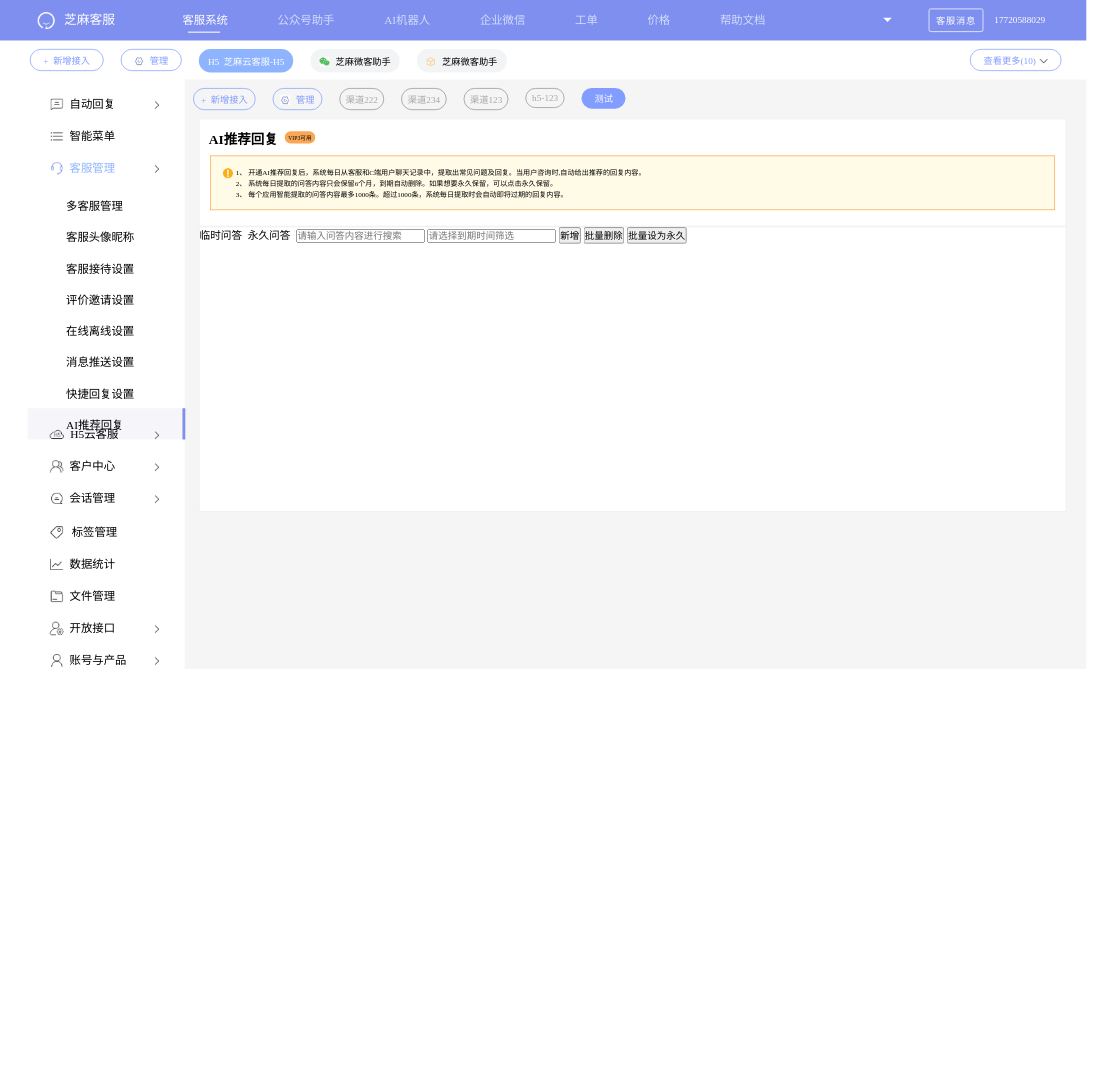
Repository: Privatexiao/projects
Page: Customer service assistant/Untitled-1.html
The author's editor kept a copy of each file at every save. The page is drawn from the files as they stood at one save, then again after the next save.
The browser window is 1280 px wide. The page is 1560 px wide, so the pictures cover 1560 px, including what lies to the right of the window. The pictures show the whole page, at 71% of full size.

Above is the page before, as saved 2021-07-27 16:42:32.

After the next save:
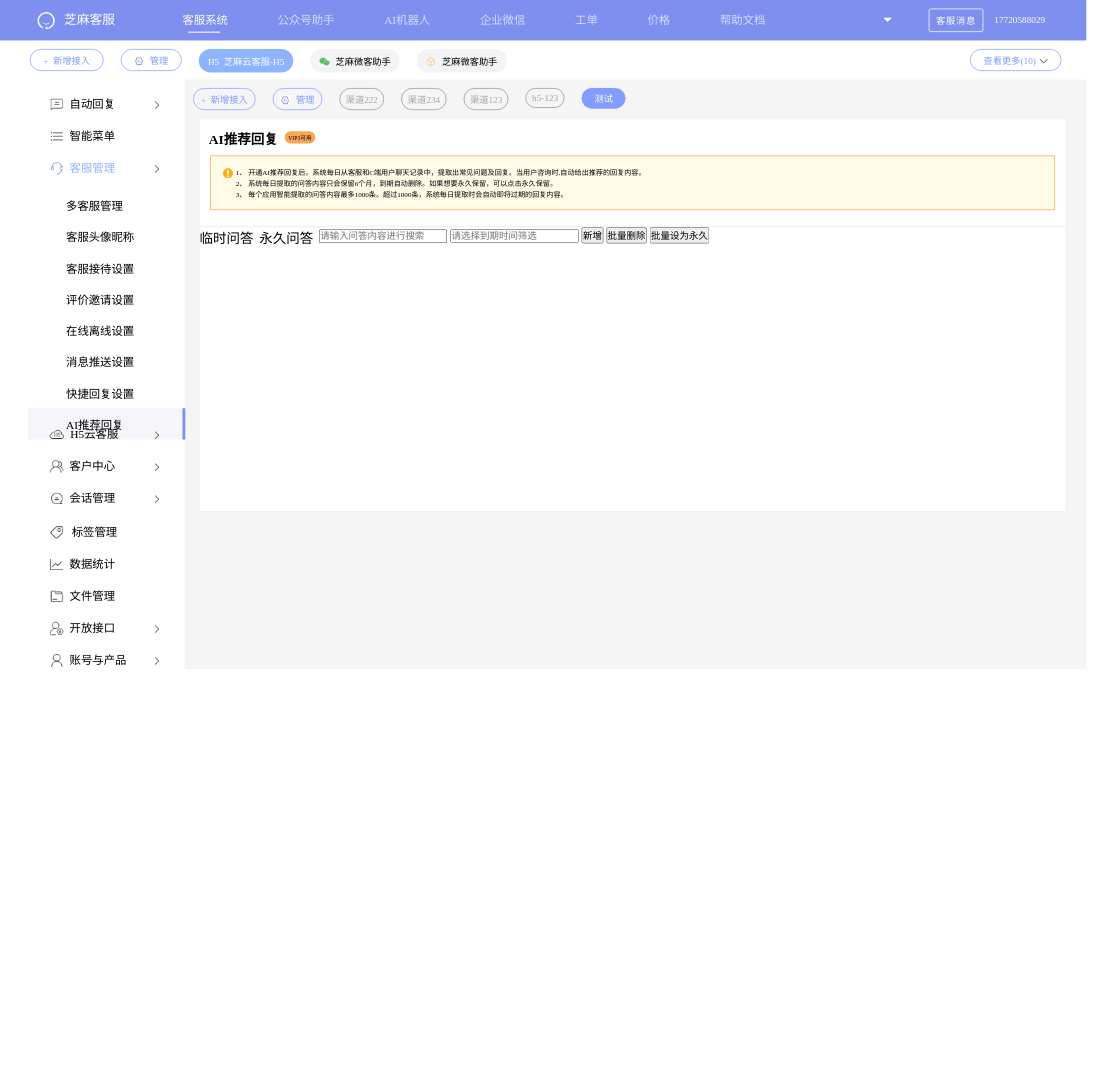
Saved 6 s later.
--- a/Customer service assistant/Untitled-2.css
+++ b/Customer service assistant/Untitled-2.css
@@ -291,5 +291,5 @@ em{
     float: left;
     color: black;
     line-height: normal;
-    font-size: 15px;
-}
+    font-size: 19px;
+}
